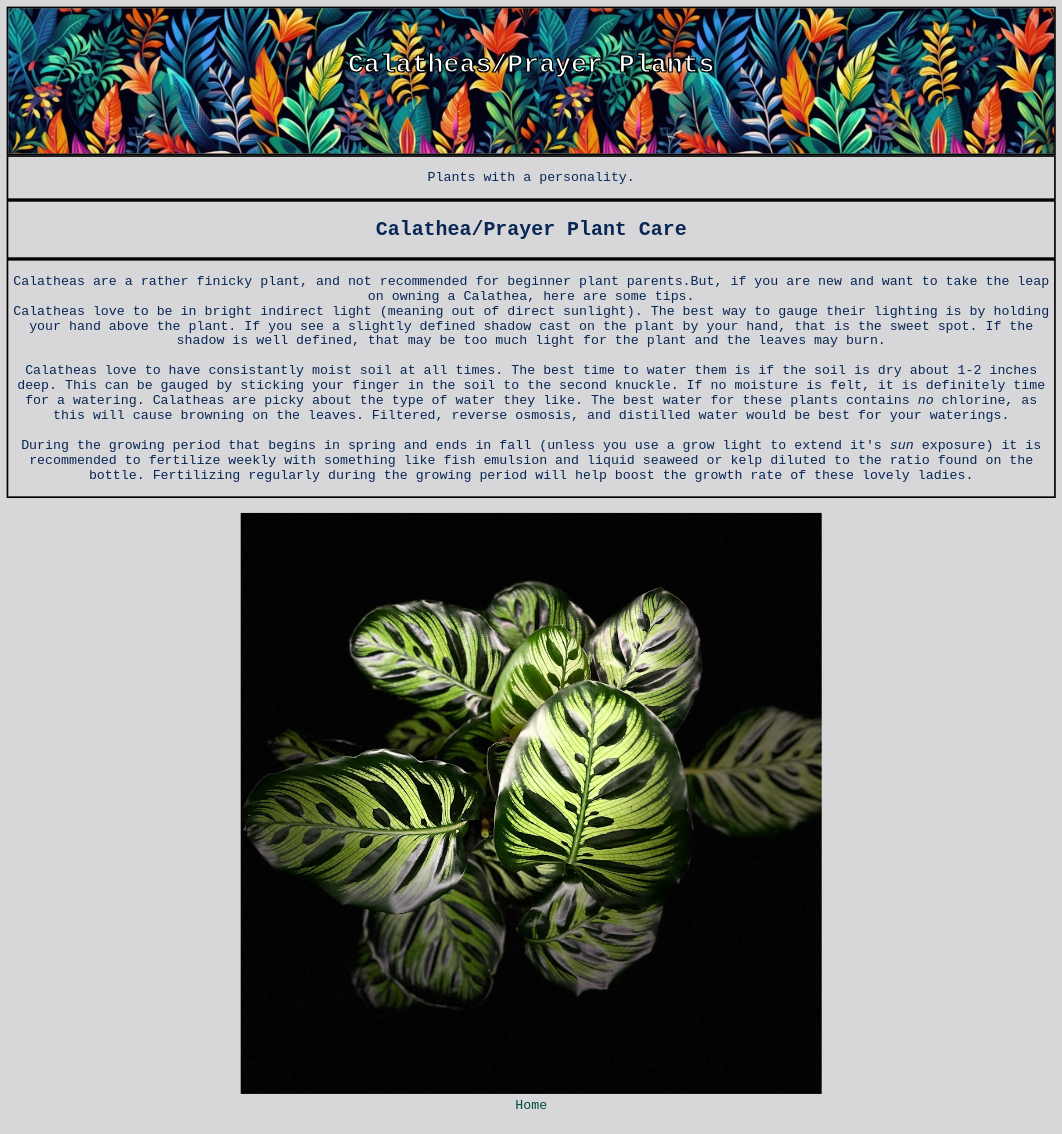
Repository: swillis91/odin-recipies
Page: Planty Page/calatheas.html
These files come from the project's save history. The page is drawn as it stood at one moment and after the next save; the edit follows.
The browser window is 1280 px wide. The pictures show the whole page, at 83% of full size.

Above is the page before, as saved 2023-08-14 23:23:49.

### Planty Page/calatheas.html
<!DOCTYPE html>
    <html>
        <head>
            <title>Calatheas</title>
            <link href="style.css" rel="stylesheet"
        </head>
        <body>
            <h1 class="heading"><b>Calatheas/Prayer Plants</b></h1>
            <div class="box">
              <p>Plants with a personality.</p>
            </div>
            <div class="box">
                <h2 class="species">Calathea/Prayer Plant Care</h2>
            </div>
            <div class="box">
              <p class="care">Calatheas are a rather finicky plant, and not recommended for beginner plant parents.But, if you are new and want to take the leap on owning a Calathea, here are some tips.
                <br>
                Calatheas love to be in bright indirect light (meaning out of direct sunlight). The best way to gauge their lighting is by holding your hand above the plant. If you see a slightly defined shadow cast on the plant by your hand, that is the sweet spot. If the shadow is well defined, that may be too much light for the plant and the leaves may burn.
                <br><br>
                Calatheas love to have consistantly moist soil at all times. The best time to water them is if the soil is dry about 1-2 inches deep. This can be gauged by sticking your finger in the soil to the second knuckle. If no moisture is felt, it is definitely time for a watering. Calatheas are picky about the type of water they like. The best water for these plants contains <em>no</em> chlorine, as this will cause browning on the leaves. Filtered, reverse osmosis, and distilled water would be best for your waterings.
                <br><br>
                During the growing period that begins in spring and ends in fall (unless you use a grow light to extend it's <i>sun</i> exposure) it is recommended to fertilize weekly with something like fish emulsion and liquid seaweed or kelp diluted to the ratio found on the bottle. Fertilizing regularly during the growing period will help boost the growth rate of these lovely ladies.</p>
            </div>
            <br>
                <img src="./Images/makoyana.webp" id="calathea makoyana" width="700px">
            <footer>
                <nav>
                    <a href="./index.html" class="navigation">Home</a>

                </nav>
            </footer>
        </body>
    </html>

### Planty Page/style.css
body{
    background-color: rgb(215, 215, 217);
    color:rgb(8, 39, 85);
    text-align: center;
    font-family: 'Permanent Marker', cursive;
    font-family: 'Space Mono', monospace;
}

.heading{
    color: rgb(0, 0, 0);
    -webkit-text-fill-color: rgb(255, 255, 255);
    -webkit-text-stroke-width: 1.5px;
    -webkit-text-stroke-color: rgb(0, 0, 0);
    text-transform: capitalize;
    border: 2px solid rgb(0, 3, 3);
    background-image: url('Images/banner.jpg');
    height: 75px;
    margin: 0 auto;
    padding:50px 20px;

}

div.box{
    border:2px solid black;
    display: flex;
    margin-left: auto;
    flex-direction:column;
    align-content: center;
}

#calathea-makoyana{
    width: 500px;
    Height: auto:
}

.navigation{
    color:rgb(1, 75, 56);
    text-decoration: none;
}

a:hover{
    color: rgb(20, 220, 2);
    background-color: rgb(5, 55, 1);
}

After the next save:
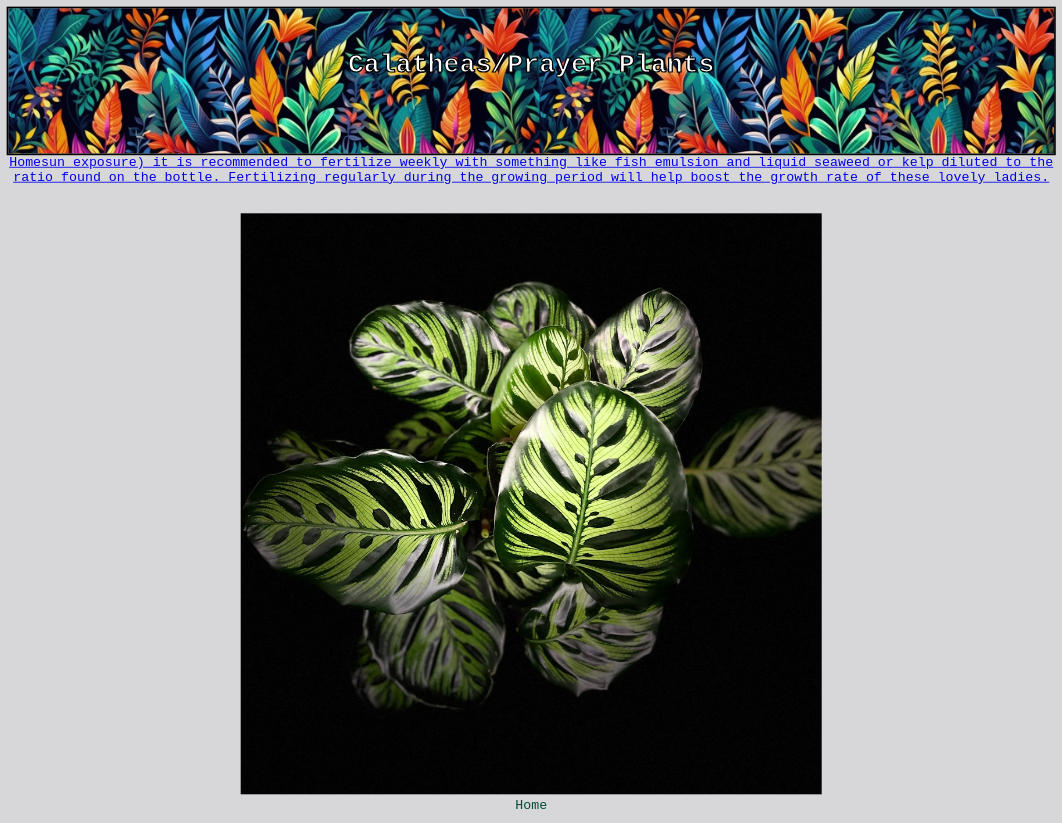
Saved 2 min 0 s later.
--- a/Planty Page/calatheas.html
+++ b/Planty Page/calatheas.html
@@ -6,6 +6,7 @@
         </head>
         <body>
             <h1 class="heading"><b>Calatheas/Prayer Plants</b></h1>
+            <Nav><a href='./index'>Home</a><a href='</Nav>
             <div class="box">
               <p>Plants with a personality.</p>
             </div>
